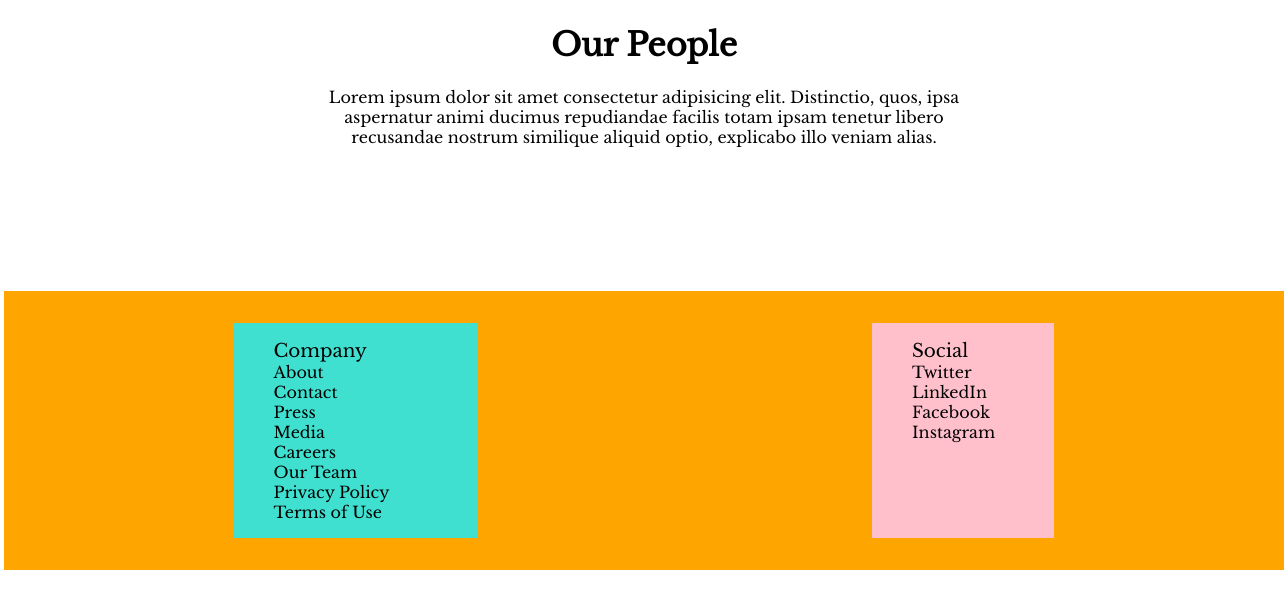
Repository: Tsardines/app
Page: / (app in my-app/)
An editor plug-in stored every save of this project. The page is shown before and after the next save, followed by the edit.
The browser window is 1280 px wide. The page is 1288 px wide, so the pictures cover 1288 px, including what lies to the right of the window. The pictures show the whole page.
The page's requests for data from a server got no answer. The project was rebuilt for these pictures with package versions that can differ from the ones it lists, and the page was loaded fresh each time. No one was signed in, and anything a server would have sent is missing.

Above is the page before, as saved 2018-11-14 19:13:36.

### my-app/public/index.html
<!DOCTYPE html>
<html lang="en">
  <head>
    <meta charset="utf-8">
    <meta name="viewport" content="width=device-width, initial-scale=1, shrink-to-fit=no">
    <meta name="theme-color" content="#000000">
    <!--
      manifest.json provides metadata used when your web app is added to the
      homescreen on Android. See https://developers.google.com/web/fundamentals/web-app-manifest/
    -->
    <link rel="manifest" href="%PUBLIC_URL%/manifest.json">
    <link href="https://fonts.googleapis.com/css?family=Libre+Baskerville" rel="stylesheet">
    <!--
      Notice the use of %PUBLIC_URL% in the tags above.
      It will be replaced with the URL of the `public` folder during the build.
      Only files inside the `public` folder can be referenced from the HTML.

      Unlike "/favicon.ico" or "favicon.ico", "%PUBLIC_URL%/favicon.ico" will
      work correctly both with client-side routing and a non-root public URL.
      Learn how to configure a non-root public URL by running `npm run build`.
    -->
    <title>React App</title>
  </head>
  <body>
    <noscript>
      You need to enable JavaScript to run this app.
    </noscript>
    <div id="root"></div>
    <!--
      This HTML file is a template.
      If you open it directly in the browser, you will see an empty page.

      You can add webfonts, meta tags, or analytics to this file.
      The build step will place the bundled scripts into the <body> tag.

      To begin the development, run `npm start` or `yarn start`.
      To create a production bundle, use `npm run build` or `yarn build`.
    -->
  </body>
</html>

### my-app/src/index.css
body {
  margin: 0;
  padding: 0;
  font-family: 'Libre Baskerville', serif;
  -webkit-font-smoothing: antialiased;
  -moz-osx-font-smoothing: grayscale;
}

code {
  font-family: source-code-pro, Menlo, Monaco, Consolas, "Courier New",
    monospace;
}

### my-app/src/App.js
import React, { Component } from 'react';

import Footer from './components/Footer.js';
import './App.css';

class App extends Component {
  constructor(props) {
    super(props);

    this.state = {
      items: []
    };
    this.componentWillMount = this.componentWillMount.bind(this);
  }

  componentWillMount() {
    fetch('https://api.myjson.com/bins/vz2rm')
    .then(res => res.json())
    .then(data => {
      this.setState({ items: data });
    });
  }


  render() {

    const { items } = this.state;

    return (
      <div className="App">

      <span className="our-people"><h1>Our People</h1></span>
      <span className="intro"><p>Lorem ipsum dolor sit amet consectetur adipisicing elit. Distinctio, quos, ipsa aspernatur animi ducimus repudiandae facilis totam ipsam tenetur libero recusandae nostrum similique aliquid optio, explicabo illo veniam alias.</p></span>

          { items.map((item, num) => {
              return (

                <div className="people">

                  <div className="elem">
                    <p key={num}>{item.elems}</p>
                  </div>

                    <p key={num}><strong>{item.name}</strong></p>
                    <p key={num}><small>{item.title}</small></p>

                  <div className="hidden">
                    <p key={num}>{item.email}</p>
                    <p key={num}><strong>Office: </strong>{item.office}</p>
                  </div>

                </div>

              );

            })}

            <Footer />

      </div>
    );
  }
}


export default App;

### my-app/src/components/Footer.js
import React from 'react';
import './Footer.css';

const Footer = () => {
  return (

    <div className="footer">

        <div className="left">
            <ul>
                <span className="footer-title"><li>Company</li></span>
                <li>About</li>
                <li>Contact</li>
                <li>Press</li>
                <li>Media</li>
                <li>Careers</li>
                <li>Our Team</li>
                <li>Privacy Policy</li>
                <li>Terms of Use</li>
            </ul>
        </div>

        <div className="right">
            <ul>
                <span className="footer-title"><li>Social</li></span>
                <li>Twitter</li>
                <li>LinkedIn</li>
                <li>Facebook</li>
                <li>Instagram</li>
            </ul>
        </div>

    </div>
  );
}

export default Footer;

### my-app/src/App.css
.App {
  display: flex;
  flex-direction: column;
  flex-flow: row nowrap;
  flex-wrap: wrap;
  max-width: 100%;
  overflow-x: hidden;
  padding: 0.25em;
  text-align: center;
  width: 100%;
}

.our-people {
  text-align: center;
  width: 100%;
}

.intro p {
  margin: auto;
  padding-bottom: 5em;
  width: 50%;
}

.people {
  background-color: #f8f8f8;
  border: 1px solid #f6f6f6;
  height: 22vh;
  margin: 0.5em;
  /* max-height: 22vh;
  max-width: 13vw; */
  /* min-height: 22vh;
  min-width: 13vw; */
  padding: 1.5em;
  text-align: left;
  width: 13vw;
}

.elem {
  font-size: 3.45em;
  margin-bottom: -1em;
  margin-top: -1em;
}

.elem:hover {
  color: #87f0f9;
  transition: 0.2s;
}

.hidden {
  font-size: 0.75em;
  opacity: 0.15;
}

.hidden:hover {
  opacity: 1;
  transition: 0.4s;
}

### my-app/src/components/Footer.css
.footer {
    background-color: orange;
    display: flex;
    justify-content: space-around;
    margin-top: 4em;
    padding: 2em;
    text-align: left;
    width: 100%;
}

.left ul li, .right ul li {
    font-size: 1em;
    list-style-type: none;
}

.left {
    background-color: turquoise;
    float: left;
    width: 20%;
}

.right {
    background-color: pink;
    float: right;
    width: 15%;
}

.footer-title {
    font-size: 1.15em;
}

Loaded but not shown: my-app/src/index.js (common file); my-app/src/serviceWorker.js (common file)

After the next save:
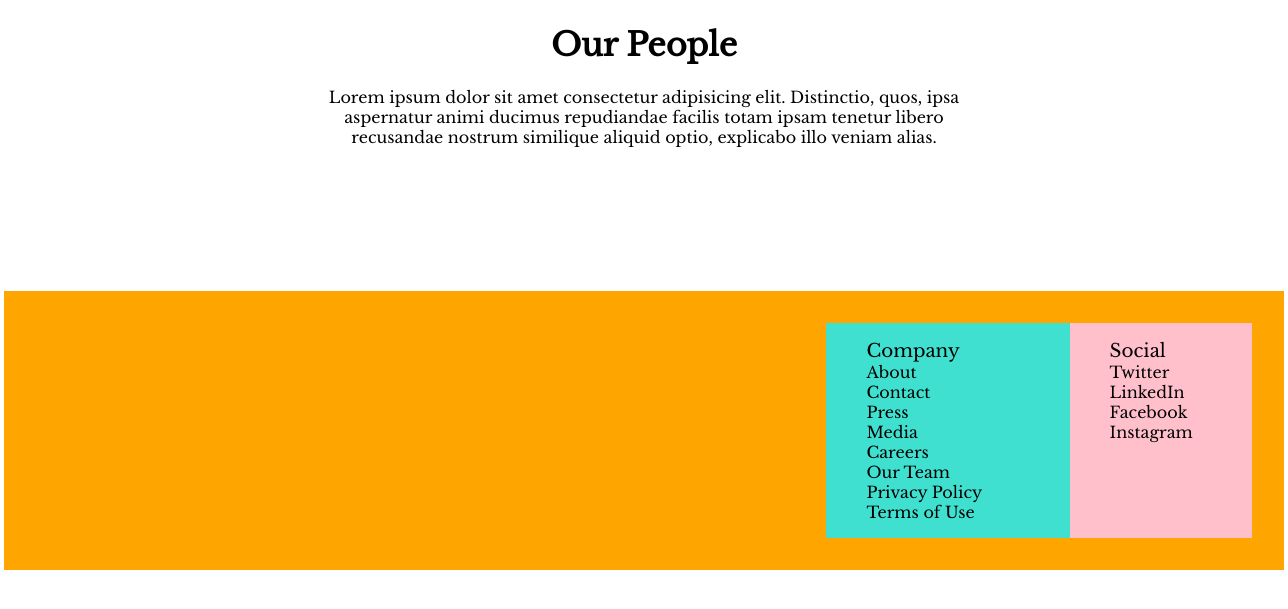
Saved 13 s later.
--- a/my-app/src/components/Footer.css
+++ b/my-app/src/components/Footer.css
@@ -1,7 +1,7 @@
 .footer {
     background-color: orange;
     display: flex;
-    justify-content: space-around;
+    justify-content: flex-end;
     margin-top: 4em;
     padding: 2em;
     text-align: left;
